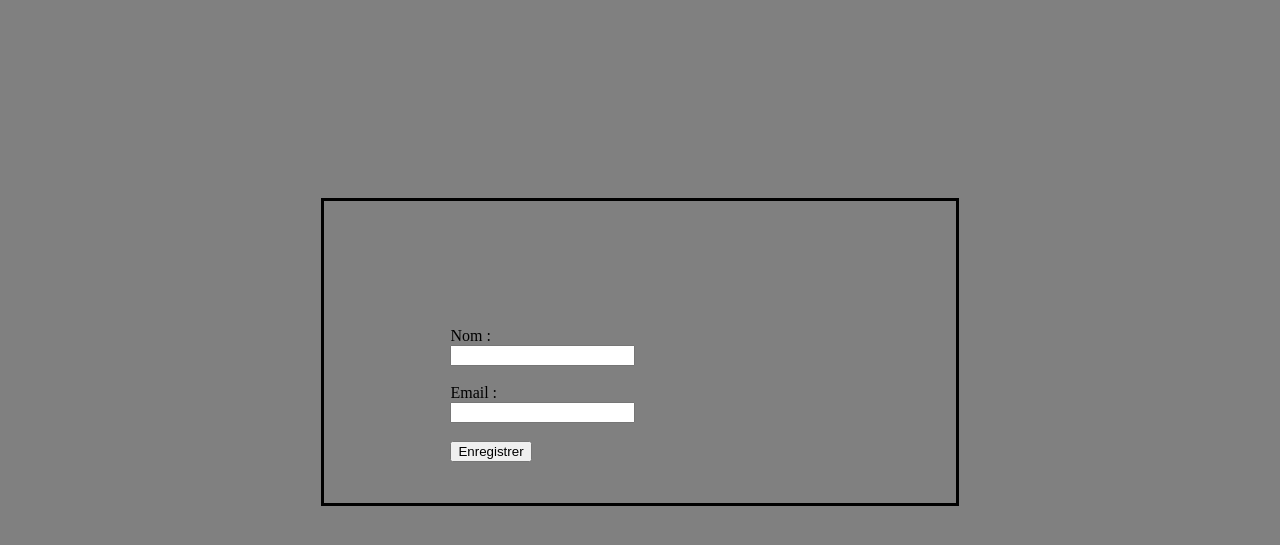
Repository: Haidara-97/TPJEE
Page: http://localhost/AppTest/
These files come from the project's save history. The page is drawn as it stood at one moment and after the next save; the edit follows.
The browser window is 1280 px wide. The pictures show the whole page.
The page is served by Tomcat 9.

Above is the page before, as saved 2025-06-18 14:11:04.

After the next save:
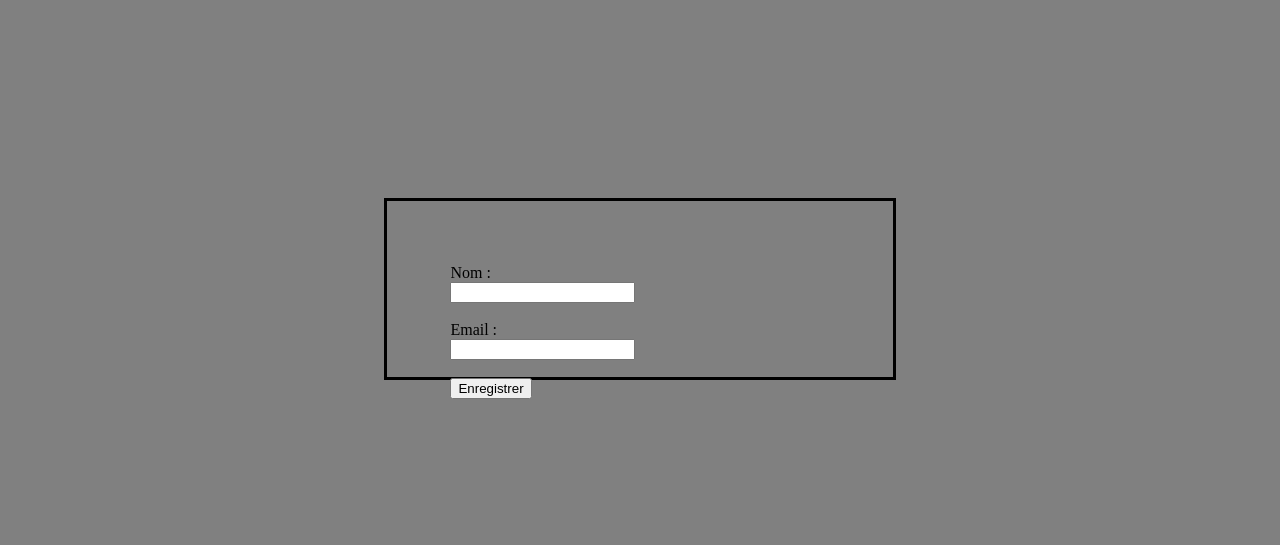
Saved 40 s later.
--- a/AppTest/src/main/webapp/index.jsp
+++ b/AppTest/src/main/webapp/index.jsp
@@ -17,7 +17,7 @@ margin-top:15%;
 border: solid;
 width:30%;
 height: 50px;
-padding:10%;
+padding:5%;
 }
 </style>
 </head>
